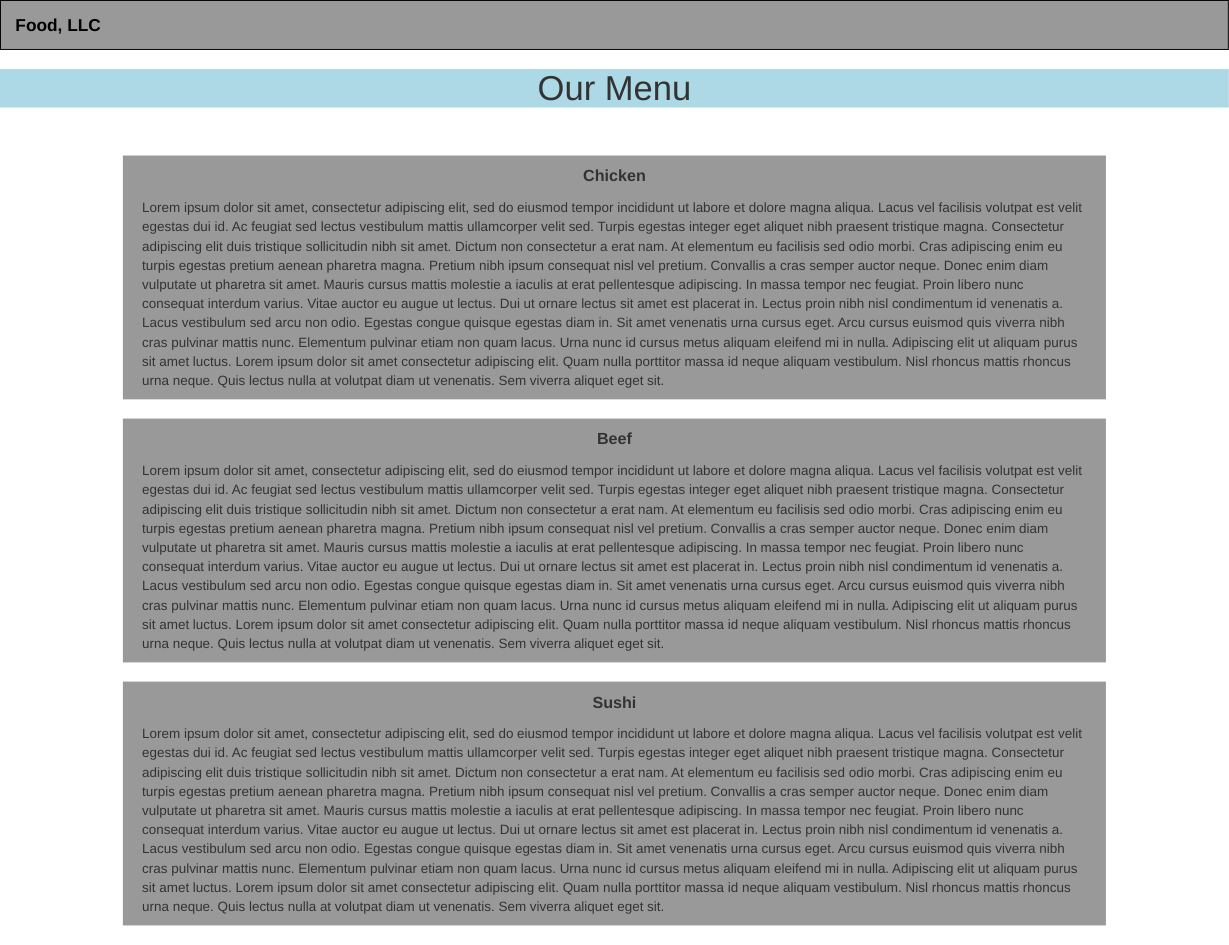
Repository: Cynthia-woo/coursera_frontend_JHU
Page: module3-solution/index.html
These files come from the project's save history. The page is drawn as it stood at one moment and after the next save; the edit follows.
The browser window is 1280 px wide. The pictures show the whole page, at 96% of full size.

Above is the page before, as saved 2024-04-20 02:54:02.

### module3-solution/index.html
<!doctype html>
<html lang="en">
  <head>
    <meta charset="utf-8">
    <meta http-equiv="X-UA-Compatible" content="IE=edge">
    <meta name="viewport" content="width=device-width, initial-scale=1">

    <!-- HTML5 shim and Respond.js for IE8 support of HTML5 elements and media queries -->
    <!-- WARNING: Respond.js doesn't work if you view the page via file:// -->
    <!--[if lt IE 9]>
      <script src="https://oss.maxcdn.com/html5shiv/3.7.2/html5shiv.min.js"></script>
      <script src="https://oss.maxcdn.com/respond/1.4.2/respond.min.js"></script>
    <![endif]-->

    <title>Assignment3-solution</title>
    <link rel="stylesheet" href="css/bootstrap.min.css">
    <link rel="stylesheet" href="css/styles.css">
  </head>
<body>
    <header>
        <nav id="header-nav" class="navbar navbar-default">
          <div class="container-fluid">
            <div class="navbar-header">
              <div class="navbar-brand">
                <a href="index.html"><span>Food, LLC</span></a>
              </div>

              <button type="button" class="navbar-toggle collapsed" data-toggle="collapse" data-target="#collapsable-nav" aria-expanded="false">
                <span class="sr-only">Toggle navigation</span>
                <span class="icon-bar"></span>
                <span class="icon-bar"></span>
                <span class="icon-bar"></span>
              </button>
            </div>


            <div id="collapsable-nav" class="collapse navbar-collapse hidden-lg hidden-md">
               <ul id="nav-list" class="nav navbar-nav navbar-right">
                <li>
                  <a href="menu-categories.html">
                    <br class="hidden-xs">Chicken</a>
                </li>
                <li>
                  <a href="#">
                    </span><br class="hidden-xs">Beef</a>
                </li>
                <li>
                  <a href="#">
                    <br class="hidden-xs">Sushi</a>
                </li>
              </ul><!-- #nav-list -->
            </div><!-- .collapse .navbar-collapse -->
          </div><!-- .container -->
        </nav><!-- #header-nav -->
      </header>

      <h1 id="main_title">Our Menu</h1>

      <section>
        <div id="all_dishes" class="row">
            <div class="col-md-12 col-sm-12 col-xs-12">
                <div class="dish_title">Chicken</div>
                <div class="dish_detail">Lorem ipsum dolor sit amet, consectetur adipiscing elit, sed do eiusmod tempor incididunt ut labore et dolore magna aliqua. Lacus vel facilisis volutpat est velit egestas dui id. Ac feugiat sed lectus vestibulum mattis ullamcorper velit sed. Turpis egestas integer eget aliquet nibh praesent tristique magna. Consectetur adipiscing elit duis tristique sollicitudin nibh sit amet. Dictum non consectetur a erat nam. At elementum eu facilisis sed odio morbi. Cras adipiscing enim eu turpis egestas pretium aenean pharetra magna. Pretium nibh ipsum consequat nisl vel pretium. Convallis a cras semper auctor neque. Donec enim diam vulputate ut pharetra sit amet. Mauris cursus mattis molestie a iaculis at erat pellentesque adipiscing. In massa tempor nec feugiat. Proin libero nunc consequat interdum varius. Vitae auctor eu augue ut lectus.

                    Dui ut ornare lectus sit amet est placerat in. Lectus proin nibh nisl condimentum id venenatis a. Lacus vestibulum sed arcu non odio. Egestas congue quisque egestas diam in. Sit amet venenatis urna cursus eget. Arcu cursus euismod quis viverra nibh cras pulvinar mattis nunc. Elementum pulvinar etiam non quam lacus. Urna nunc id cursus metus aliquam eleifend mi in nulla. Adipiscing elit ut aliquam purus sit amet luctus. Lorem ipsum dolor sit amet consectetur adipiscing elit. Quam nulla porttitor massa id neque aliquam vestibulum. Nisl rhoncus mattis rhoncus urna neque. Quis lectus nulla at volutpat diam ut venenatis. Sem viverra aliquet eget sit.</div>
            </div>
            <div class="col-md-12 col-sm-12 col-xs-12">
                <div class="dish_title">Beef</div>
                <div class="dish_detail">Lorem ipsum dolor sit amet, consectetur adipiscing elit, sed do eiusmod tempor incididunt ut labore et dolore magna aliqua. Lacus vel facilisis volutpat est velit egestas dui id. Ac feugiat sed lectus vestibulum mattis ullamcorper velit sed. Turpis egestas integer eget aliquet nibh praesent tristique magna. Consectetur adipiscing elit duis tristique sollicitudin nibh sit amet. Dictum non consectetur a erat nam. At elementum eu facilisis sed odio morbi. Cras adipiscing enim eu turpis egestas pretium aenean pharetra magna. Pretium nibh ipsum consequat nisl vel pretium. Convallis a cras semper auctor neque. Donec enim diam vulputate ut pharetra sit amet. Mauris cursus mattis molestie a iaculis at erat pellentesque adipiscing. In massa tempor nec feugiat. Proin libero nunc consequat interdum varius. Vitae auctor eu augue ut lectus.

                    Dui ut ornare lectus sit amet est placerat in. Lectus proin nibh nisl condimentum id venenatis a. Lacus vestibulum sed arcu non odio. Egestas congue quisque egestas diam in. Sit amet venenatis urna cursus eget. Arcu cursus euismod quis viverra nibh cras pulvinar mattis nunc. Elementum pulvinar etiam non quam lacus. Urna nunc id cursus metus aliquam eleifend mi in nulla. Adipiscing elit ut aliquam purus sit amet luctus. Lorem ipsum dolor sit amet consectetur adipiscing elit. Quam nulla porttitor massa id neque aliquam vestibulum. Nisl rhoncus mattis rhoncus urna neque. Quis lectus nulla at volutpat diam ut venenatis. Sem viverra aliquet eget sit.</div>
            </div>
            <div class="col-md-12 col-sm-12 col-xs-12">
                <div class="dish_title">Sushi</div>
                <div class="dish_detail">Lorem ipsum dolor sit amet, consectetur adipiscing elit, sed do eiusmod tempor incididunt ut labore et dolore magna aliqua. Lacus vel facilisis volutpat est velit egestas dui id. Ac feugiat sed lectus vestibulum mattis ullamcorper velit sed. Turpis egestas integer eget aliquet nibh praesent tristique magna. Consectetur adipiscing elit duis tristique sollicitudin nibh sit amet. Dictum non consectetur a erat nam. At elementum eu facilisis sed odio morbi. Cras adipiscing enim eu turpis egestas pretium aenean pharetra magna. Pretium nibh ipsum consequat nisl vel pretium. Convallis a cras semper auctor neque. Donec enim diam vulputate ut pharetra sit amet. Mauris cursus mattis molestie a iaculis at erat pellentesque adipiscing. In massa tempor nec feugiat. Proin libero nunc consequat interdum varius. Vitae auctor eu augue ut lectus.

                    Dui ut ornare lectus sit amet est placerat in. Lectus proin nibh nisl condimentum id venenatis a. Lacus vestibulum sed arcu non odio. Egestas congue quisque egestas diam in. Sit amet venenatis urna cursus eget. Arcu cursus euismod quis viverra nibh cras pulvinar mattis nunc. Elementum pulvinar etiam non quam lacus. Urna nunc id cursus metus aliquam eleifend mi in nulla. Adipiscing elit ut aliquam purus sit amet luctus. Lorem ipsum dolor sit amet consectetur adipiscing elit. Quam nulla porttitor massa id neque aliquam vestibulum. Nisl rhoncus mattis rhoncus urna neque. Quis lectus nulla at volutpat diam ut venenatis. Sem viverra aliquet eget sit.</div>
            </div>
      </section>


  <!-- jQuery (Bootstrap JS plugins depend on it) -->
  <script src="js/jquery-1.11.3.min.js"></script>
  <script src="js/bootstrap.min.js"></script>
  <script src="js/script.js"></script>
</body>
</html>

### module3-solution/css/styles.css
* {
    margin: 0;
    padding: 0;
    box-sizing: border-box;
}
.navbar-default{
    background-color: #999;
    border: 1px solid black;
    border-radius: 0;
}

.navbar-brand a{
    color: black;
    font-weight: bold;
}

.navbar-brand a:hover {
    text-decoration: none;
}



#main_title {
    text-align: center;
    background-color: lightblue;
    margin-bottom: 50px;
}


.row {
    margin: 0 auto;
    width: 80%;
}

.col-md-12, .col-sm-12, .col-xs-12 {
    /* width: 80%; */
    margin: 0 auto 20px auto;
    background-color: #999;
    padding: 10px 20px;
}

.dish_title {
    text-align: center;
    font-size: 1.2em;
    font-weight: bold;
    margin-bottom: 10px;
}

Loaded but not shown: module3-solution/css/bootstrap.min.css (library); module3-solution/js/jquery-1.11.3.min.js (library); module3-solution/js/bootstrap.min.js (library); module3-solution/js/script.js (no stored copy; drawn as an empty file)

After the next save:
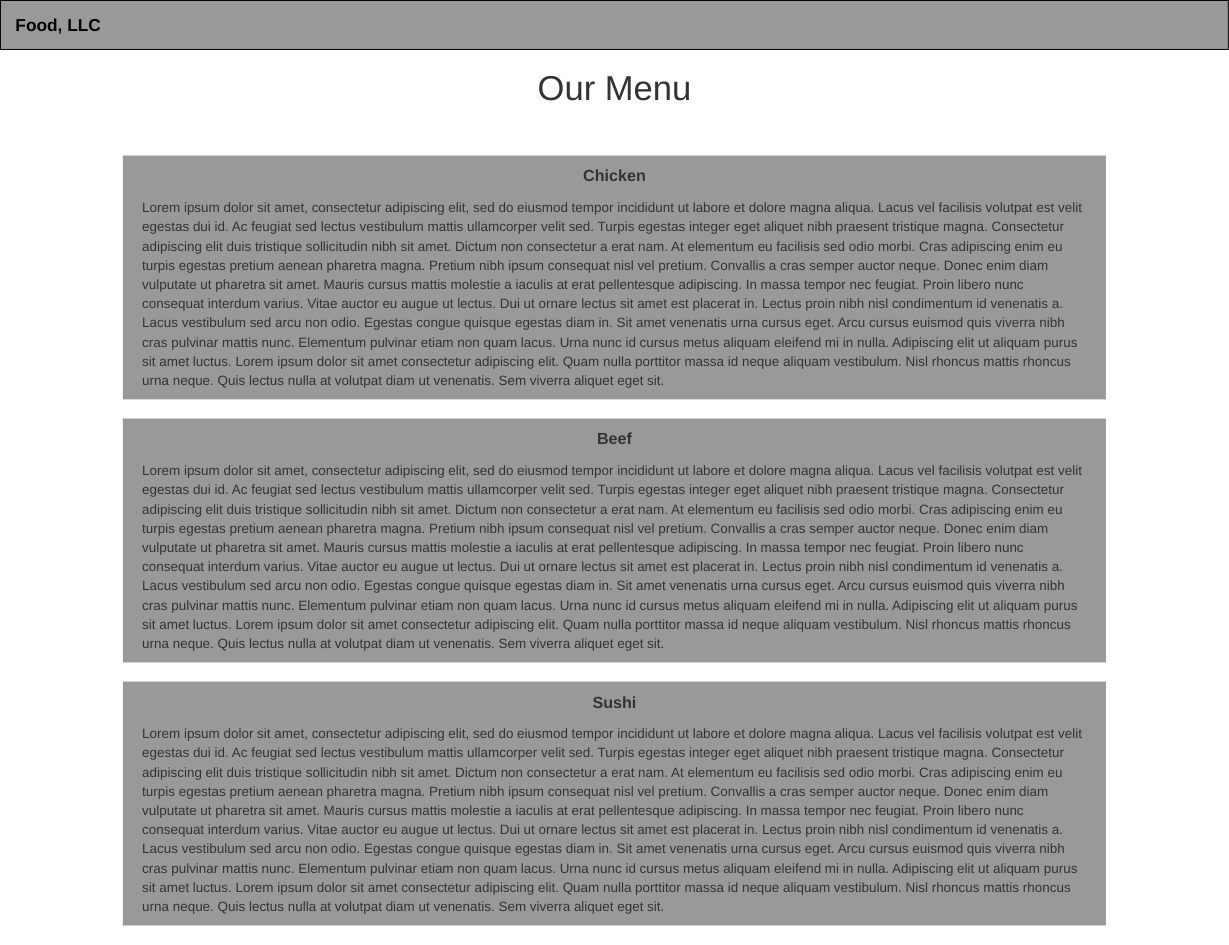
Saved 13 s later.
--- a/module3-solution/css/styles.css
+++ b/module3-solution/css/styles.css
@@ -22,7 +22,6 @@
 
 #main_title {
     text-align: center;
-    background-color: lightblue;
     margin-bottom: 50px;
 }
 
